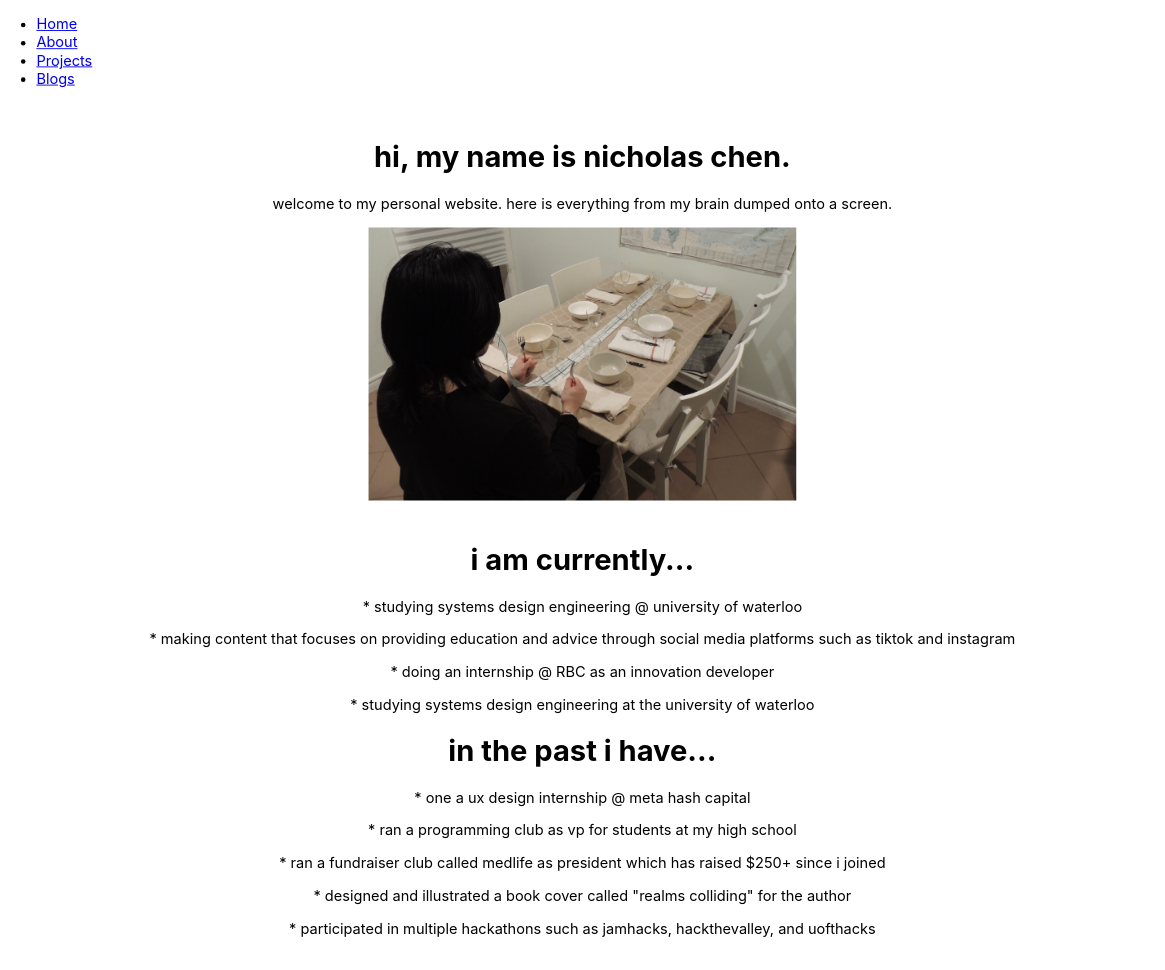
Repository: nicholaschen09/personalWebsite
Page: /
An editor plug-in stored every save of this project. The page is shown before and after the next save, followed by the edit.
The browser window is 1280 px wide. The pictures show the whole page, at 91% of full size.
The project was rebuilt for these pictures with package versions that can differ from the ones it lists, and the page was loaded fresh each time. Also part of the build but not shown: src/components/About.css, src/components/About.js, src/components/Projects.css, src/components/Projects.js, src/components/Blog.css, src/components/Blog.js, src/components/Miscellaneous.css, src/components/Miscellaneous.js and 4 more.

Above is the page before, as saved 2024-05-23 13:42:06.

After the next save:
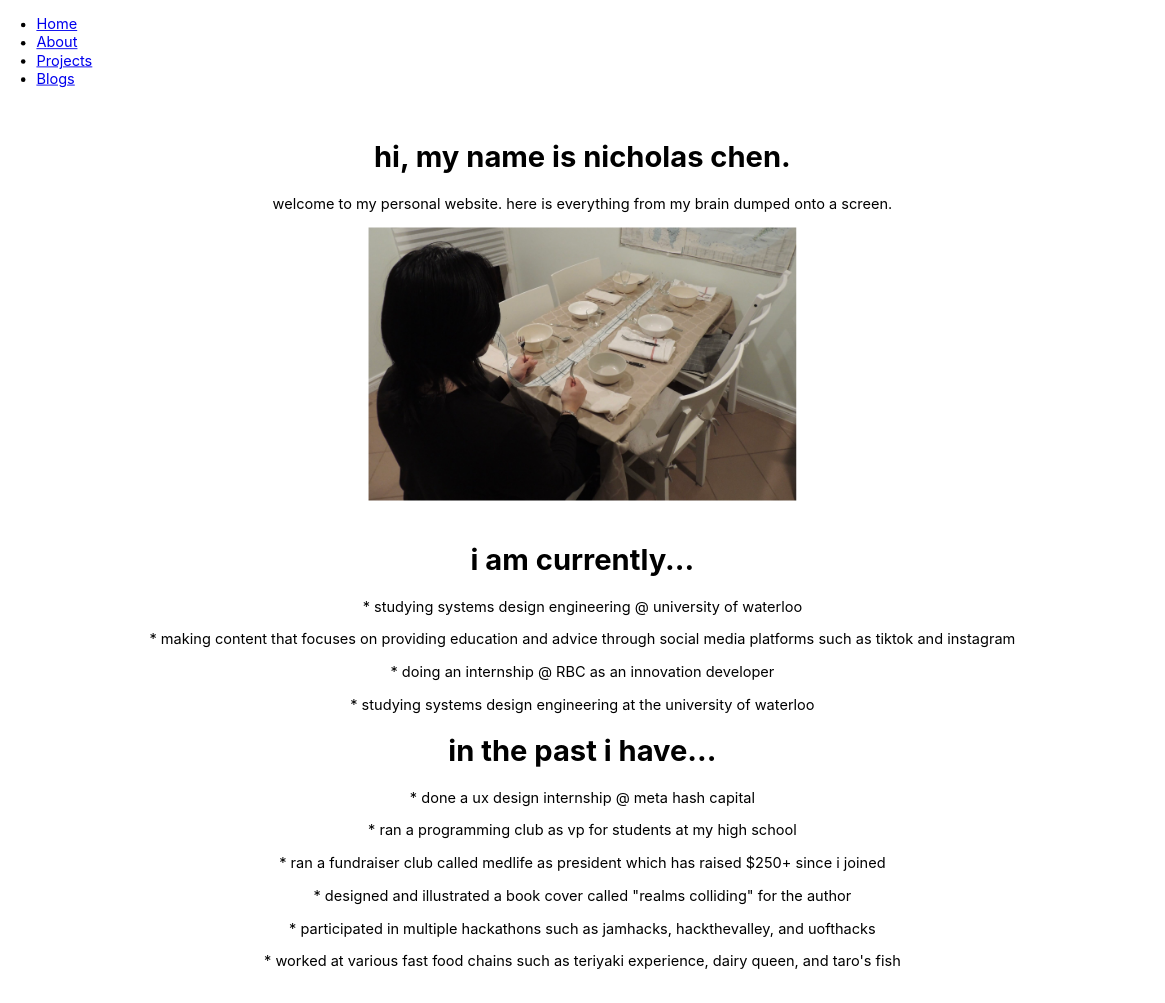
Saved 36 s later.
--- a/src/components/Home.js
+++ b/src/components/Home.js
@@ -16,11 +16,12 @@ const Home = () => {
             <p> * studying systems design engineering at the university of waterloo</p>
 
             <h1>in the past i have...</h1>
-            <p>* one a ux design internship @ meta hash capital </p>
+            <p>* done a ux design internship @ meta hash capital </p>
             <p>* ran a programming club as vp for students at my high school </p>
             <p>* ran a fundraiser club called medlife as president which has raised $250+ since i joined </p>
             <p>* designed and illustrated a book cover called "realms colliding" for the author</p>
             <p>* participated in multiple hackathons such as jamhacks, hackthevalley, and uofthacks </p>
+            <p>* worked at various fast food chains such as teriyaki experience, dairy queen, and taro's fish </p>
         </div>
         );
 
